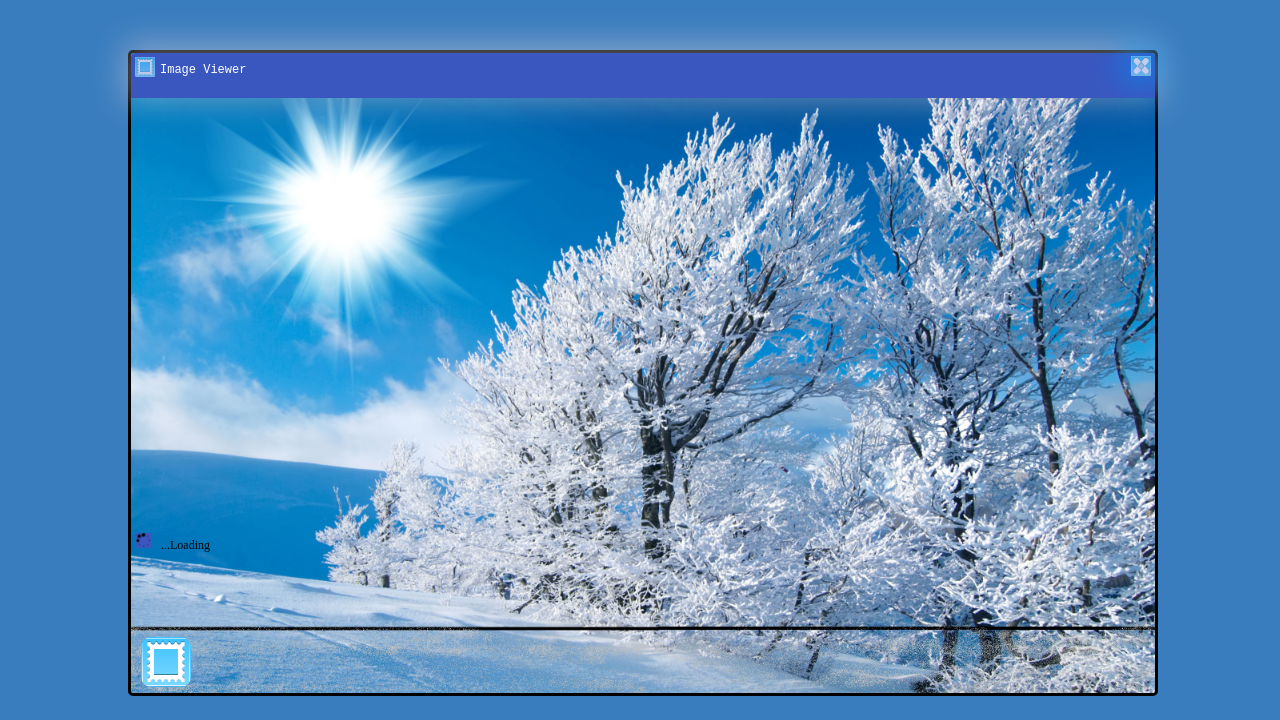
Repository: la222tc/la222tc-1dv403-Laborationer
Page: 5-pwd/index.html
The author's editor kept a record of every edit. The page is drawn from the files as they stood at one moment, then again after the next edit.
The browser window is 1280 px wide. The pictures show the whole page.
After loading, the first visible `#imagewindow` was clicked once.
The page's requests for data from a server got no answer.

Above is the page before.
Console error: TypeError: Cannot read properties of null (reading 'removeChild')

### 5-pwd/index.html
<!DOCTYPE html>
<html lang="sv">
<head>
	<meta charset="UTF-8" />
 	<title>JavaScript - Laboration 5 - pwd</title>
 	<link rel="stylesheet" href="css/style.css" type="text/css" />
</head>
    <body>
        <div id="content">
            <div id="window">
                    <a href="#"><img id="imagewindow" alt="imagewindow" src="img/iconen.png"></a>

            </div>

        </div>
        <script type="text/javascript" src="js/main.js"></script>
        <script type="text/javascript" src="js/imagewindow.js"></script>
    </body>
</html>

### 5-pwd/css/style.css
body {
    background-color:#3A7DBF;
}
#content{
    width:1024px;
    height:640px;
    margin:auto;
}

#window {
    position: relative;
    width:1024px;
    height:640px;
    background-size:100%;
    background-image:url("../img/winter3.jpg");
    background-repeat:no-repeat;
    margin-top:50px;
    border:3px solid black;
    border-radius:5px;
}

#windowbar {
    background-image:url("../img/winter2.png");
    background-size:100%;
}

#imagewindow {
    position: absolute; left: 0; bottom: 0;
    width:50px;
    height:50px;
    border-radius:10px;
    margin-left:10px;
    margin-bottom:6px;
}

#imagewindow:hover {
    width:60px;
    height:60px;
    margin-left:5px;
    margin-bottom:0px;
}


/* Imagewiewer */

#imageWiewer {
    background-color:#3A7DBF;
    width:300px;
    height:500px;
    border-radius:5px;
    margin-left:50px;
    margin-top:20px;
    -webkit-box-shadow: 0px 0px 30px 8px rgba(0, 146, 249, 1);
    -moz-box-shadow:    0px 0px 30px 8px rgba(0, 146, 249, 1);
    box-shadow:         0px 0px 30px 8px rgba(0, 146, 249, 1);
}

.wiewHeader {
    background-color:#3A57BF;
    width:100%;
    height:45px;
    border-radius:5px 5px 1px 1px;
    -webkit-box-shadow: 0px -3px 30px 8px rgba(219, 208, 215, 0.43);
    -moz-box-shadow:    0px -3px 30px 8px rgba(219, 208, 215, 0.43);
    box-shadow:         0px -3px 30px 8px rgba(219, 208, 215, 0.43);
    float:left;
}

#wiewContent {
    width:100%;
    height:430px;
    float:left;
}

#wiewFooter {
    width:100%;
    height:25px;
    float:left;
    background-color:#3A57BF;
    border-radius:0px 0px 5px 5px;
}

.headerImage {
    width:20px;
    height:20px;
    margin-left:4px;
    margin-top:4px;
    opacity:0.7;
    float:left;
}

.headerText {
    float:left;
    margin-left:5px;
    margin-top:10px;
    color:white;
    font-family:"Courier New", Georgia, Serif;;
    font-size:12px;
}

#headerCloseImage {
    width:20px;
    height:20px;
    float:right;
    opacity:0.7;
    margin-right:4px;
    margin-top:3px;
    -webkit-box-shadow: 0px 0px 30px 8px rgba(0, 146, 249, 0.88);
    -moz-box-shadow:    0px 0px 30px 8px rgba(0, 146, 249, 0.88);
    box-shadow:         0px 0px 30px 8px rgba(0, 146, 249, 0.88);
}

#headerCloseImage:hover {
    opacity:1;
}

#footerImage {
    width:15px;
    height:15px;
    float:left;
    margin-left:5px;
    margin-top:5px;
}

#footerText {
    float:left;
    font-size:12px;
    margin-top:10px;
    margin-left:10px;
}

.images {
    float:left;
    background-color:#3AA5BF;
    margin:5px 5px 5px 5px;
    padding:4px 4px 4px 4px;
    text-align:center;
    border-radius:5px;
}

### 5-pwd/js/main.js
"use strict";

var main = {

    openImageWindow: document.getElementById("imagewindow"),
    count: 0,

    url: "http://homepage.lnu.se/staff/tstjo/labbyServer/imgviewer/",
    xhr: new XMLHttpRequest(),
    imageArray: [],
    thumbWidth: 0,
    thumbHeight: 0,


    init: function () {

        main.openImageWindow.addEventListener("click", function (e) {
            e.preventDefault();
            main.count += 1;

            if (main.count === 1) {
                imagewindow.createwindow();
                main.getImages();

            }
            else {
                return;
            }


        });

    },

    getImages: function () {

        main.xhr.onreadystatechange = function(){

           if (main.xhr.readyState === 4) {
               if (main.xhr.status == 200 || main.xhr.status == 304) {

                    main.imageArray = JSON.parse(main.xhr.responseText);
                    console.log(main.imageArray);

                    for (var i = 0; i < main.imageArray.length; i++) {
                        if (main.imageArray[i].thumbWidth > main.thumbWidth) {
                            main.thumbWidth = main.imageArray[i].thumbWidth;
                        }
                        if (main.imageArray[i].thumbHeight > main.thumbHeight) {
                            main.thumbHeight = main.imageArray[i].thumbHeight;
                        }
                    }

               }

                main.showImages();

                var wiewFooter = document.getElementById("wiewFooter");
                var footerDiv = document.getElementById("footerDiv");
                wiewFooter.removeChild(footerDiv);
           }




       };

        main.xhr.open("GET", main.url, true);
        main.xhr.send(null);


    },

    showImages: function () {
        console.log("height" + main.thumbHeight);
        console.log("Width" + main.thumbWidth);

        var wiewContent = document.getElementById("wiewContent");
        var desktopImage = document.getElementById("window");


         main.imageArray.forEach(function (theImage) {
            var image = document.createElement("img");
            image.src = theImage.thumbURL;

            var imageA = document.createElement("a");
            imageA.setAttribute("href", "#");
            imageA.classList.add("images");

            wiewContent.appendChild(imageA);
            imageA.appendChild(image);

            imageA.addEventListener("click", function (e) {
            e.preventDefault();
            desktopImage.style.background = "url(" + theImage.URL + ")";
            console.log("HEjhej");
            });
        });

    }


};

window.onload = main.init;

### 5-pwd/js/imagewindow.js
"use strict";


var imagewindow = {

    theWindow: document.getElementById("window"),

    createwindow: function () {
        var content = document.getElementById("window");

        var imageWiewer = document.createElement("div");
        imageWiewer.className = "imageWiewer";

        var wiewHeader = document.createElement("header");
        wiewHeader.className = "wiewHeader";

        var wiewContent = document.createElement("div");
        wiewContent.id = "wiewContent";

        var wiewFooter = document.createElement("footer");
        wiewFooter.className = "wiewFooter";

        var headerImage = document.createElement("img");
        headerImage.className = "headerImage";
        headerImage.src = "img/iconen.png";
        headerImage.alt = "Header Image";

        var headerText = document.createElement("p");
        headerText.className = "headerText";
        headerText.innerHTML = "Image Viewer";

        var headerCloseImage = document.createElement("img");
        headerCloseImage.id = "headerCloseImage";
        headerCloseImage.src = "img/closeimage.png";
        headerCloseImage.alt = "Close button";

        var headerCloseTag = document.createElement("a");
        headerCloseTag.id = "closeWindow";
        headerCloseTag.setAttribute("href", "#");

        var footerDiv = document.createElement("div");
        footerDiv.id = "footerDiv";

        var footerImage = document.createElement("img");
        footerImage.id = "footerImage";
        footerImage.src = "img/ajax-loader.gif";

        var footerText = document.createElement("p");
        footerText.id = "footerText";
        footerText.innerHTML = "...Loading";

        content.appendChild(imageWiewer);
        imageWiewer.appendChild(wiewHeader);
        imageWiewer.appendChild(wiewContent);
        imageWiewer.appendChild(wiewFooter);
        wiewHeader.appendChild(headerImage);
        wiewHeader.appendChild(headerText);
        wiewHeader.appendChild(headerCloseTag);
        headerCloseTag.appendChild(headerCloseImage);
        wiewFooter.appendChild(footerDiv);
        footerDiv.appendChild(footerImage);
        footerDiv.appendChild(footerText);


        headerCloseTag.onclick = function(){
            console.log("testing");
            imagewindow.theWindow.removeChild(imageWiewer);

            main.count = 0;
        };
    }
};

After the next edit:
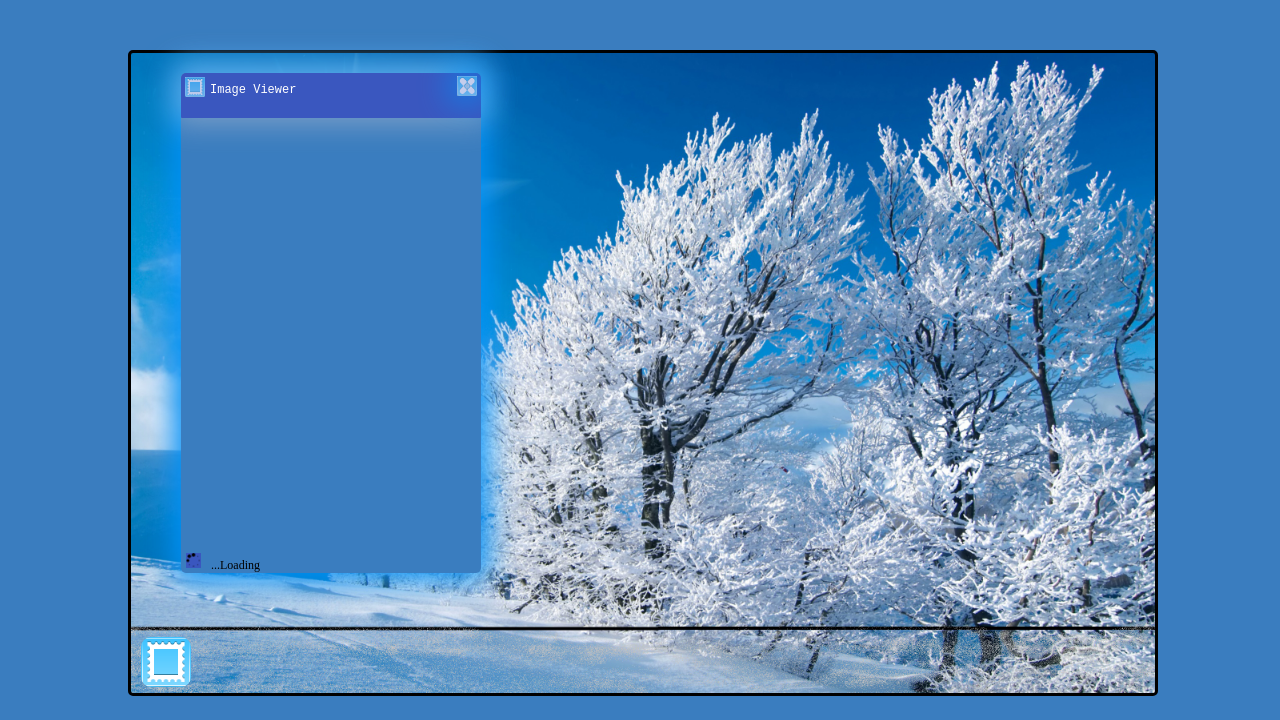
The edit:
--- a/5-pwd/js/imagewindow.js
+++ b/5-pwd/js/imagewindow.js
@@ -9,7 +9,7 @@
         var content = document.getElementById("window");
 
         var imageWiewer = document.createElement("div");
-        imageWiewer.className = "imageWiewer";
+        imageWiewer.id = "imageWiewer";
 
         var wiewHeader = document.createElement("header");
         wiewHeader.className = "wiewHeader";
